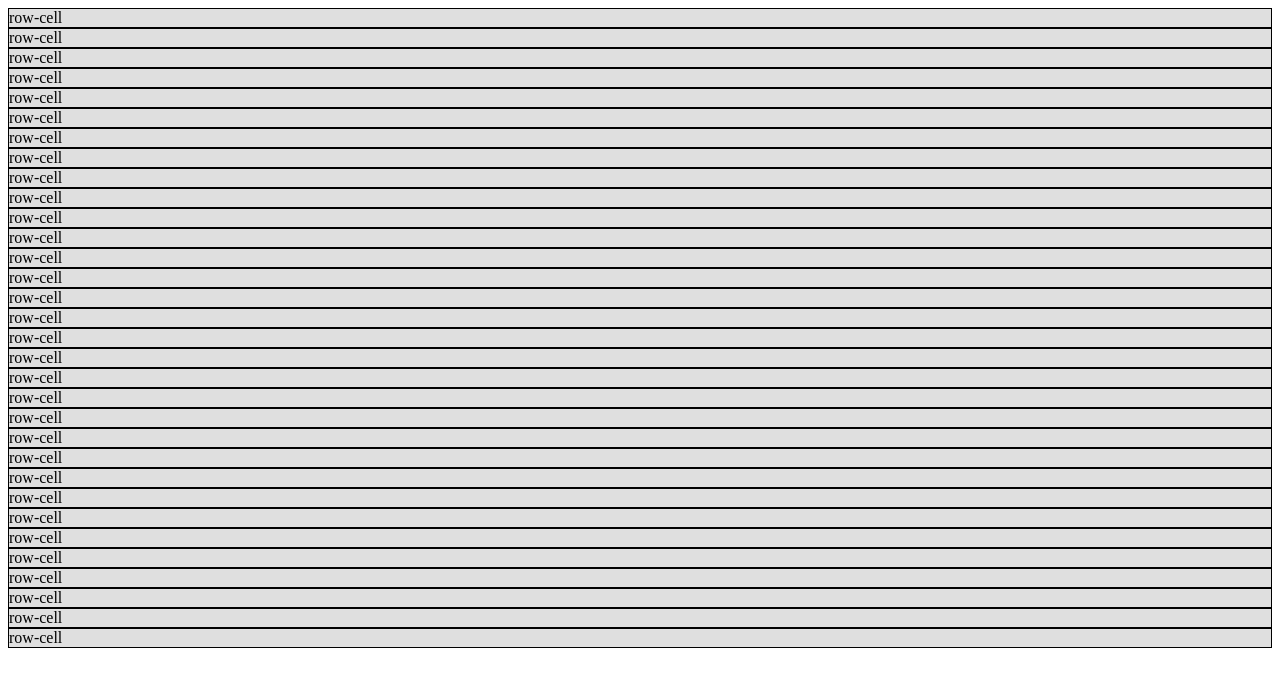
Repository: weazzyefff/Project-Etch-A-Sketch
Page: index.html
These files come from the project's save history. The page is drawn as it stood at one moment and after the next save; the edit follows.
The browser window is 1280 px wide. The pictures show the whole page.

Above is the page before, as saved 2022-11-30 10:09:55.

After the next save:
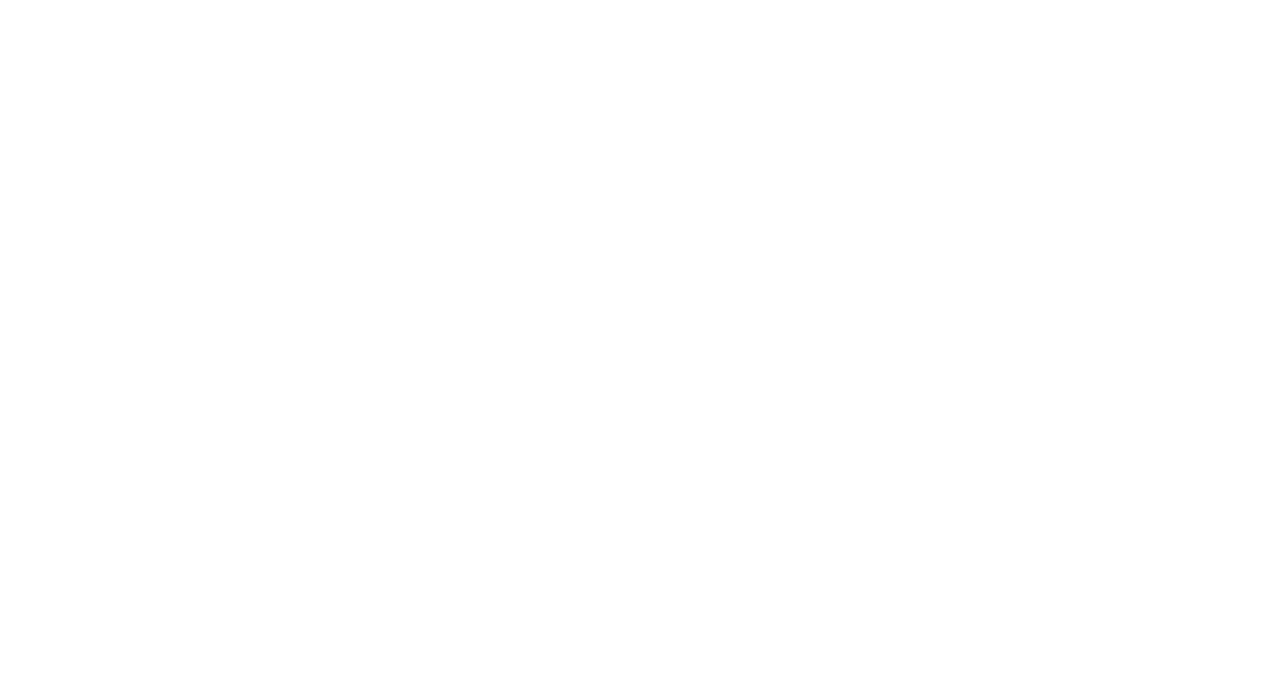
Console error: ReferenceError: cols is not defined
Saved 11 min 32 s later.
--- a/script.js
+++ b/script.js
@@ -6,26 +6,16 @@
     console.log('You are on the server')
   }
 
-//Select the container for the divs (from ID)
+//Select the container (from ID)
 const container = document.querySelector('#container');
 
 //Create Grid
 const grid = getGrid(16,16);
-
-
-
 function getGrid(rows, columns) {
- for (r = 1; r <= rows; r++) {
-    let rowCell = document.createElement('div');
-    rowCell.className = 'cell';
-    rowCell.textContent = 'row-cell'
-    container.appendChild(rowCell);
+    container.style.setProperty('--grid-rows', rows);
+    container.style.setProperty('--grid-columns', columns);
+    for (let c = 0; c < (rows * cols); c++);
+    let cell = document.createElement('div');
+    cell.textContent = 'row-cell'
+    container.appendChild(cell).className = 'cell';
  }
- for (c = 1; c <= columns; c++) {
-    let colCell = document.createElement('div');
-    colCell.className = 'cell';
-    colCell.textContent = 'row-cell'
-    container.appendChild(colCell);
-
- }
-}

After the save that followed:
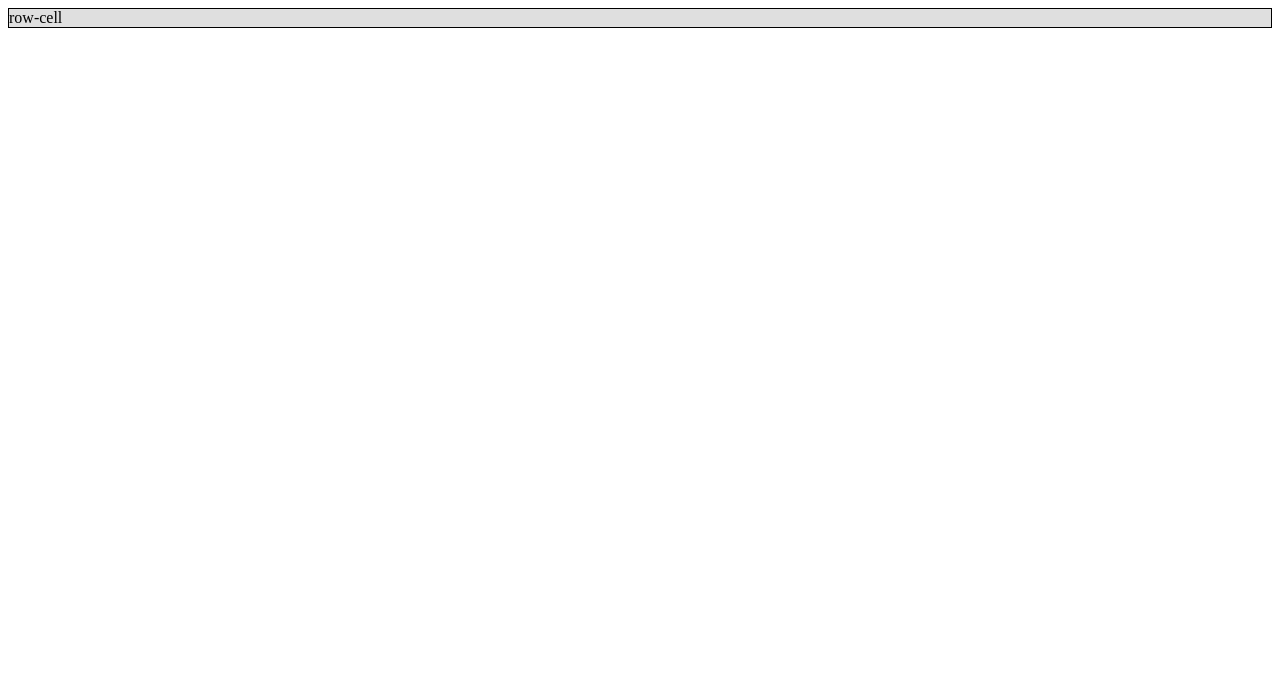
The error is gone.
Saved 15 s later.
--- a/script.js
+++ b/script.js
@@ -14,7 +14,7 @@
 function getGrid(rows, columns) {
     container.style.setProperty('--grid-rows', rows);
     container.style.setProperty('--grid-columns', columns);
-    for (let c = 0; c < (rows * cols); c++);
+    for (let c = 0; c < (rows * columns); c++);
     let cell = document.createElement('div');
     cell.textContent = 'row-cell'
     container.appendChild(cell).className = 'cell';
